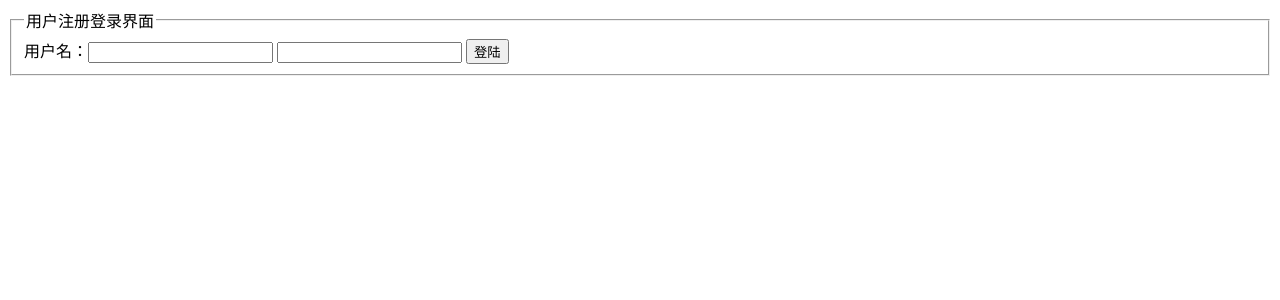
Repository: 420112677/SpringMVC
Page: http://localhost/SpringMVCTeset/success.jsp
These files come from the project's save history. The page is drawn as it stood at one moment and after the next save; the edit follows.
The browser window is 1280 px wide. The pictures show the whole page.
The page is served by Tomcat 9.

Above is the page before, as saved 2019-02-14 13:34:46.

After the next save:
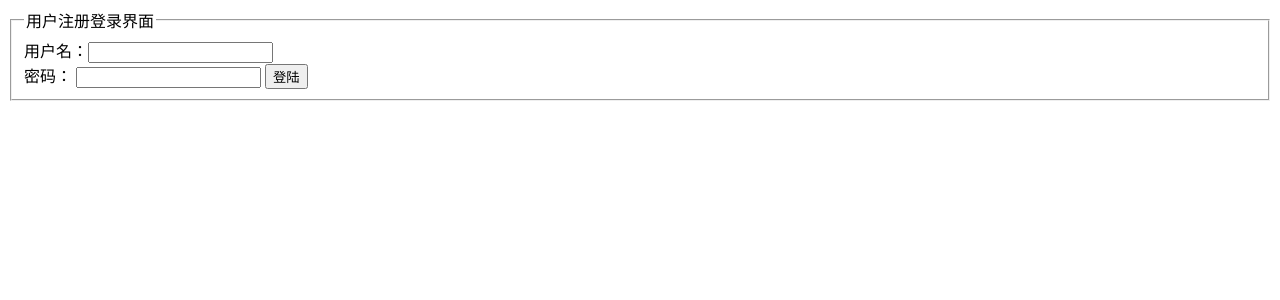
Saved 20 s later.
--- a/SpringMVCTeset/src/main/webapp/success.jsp
+++ b/SpringMVCTeset/src/main/webapp/success.jsp
@@ -10,8 +10,8 @@
 	<fieldset>
 		<legend>用户注册登录界面</legend>
 		<form action="/login" method="post">
-			用户名：<input name="id" type="text"></input>
-			<input name="password" type="password"></input>
+			用户名：<input name="id" type="text"></input><br>
+			密码：    <input name="password" type="password"></input>
 			<button>登陆</button>
 		</form>
 	</fieldset>
